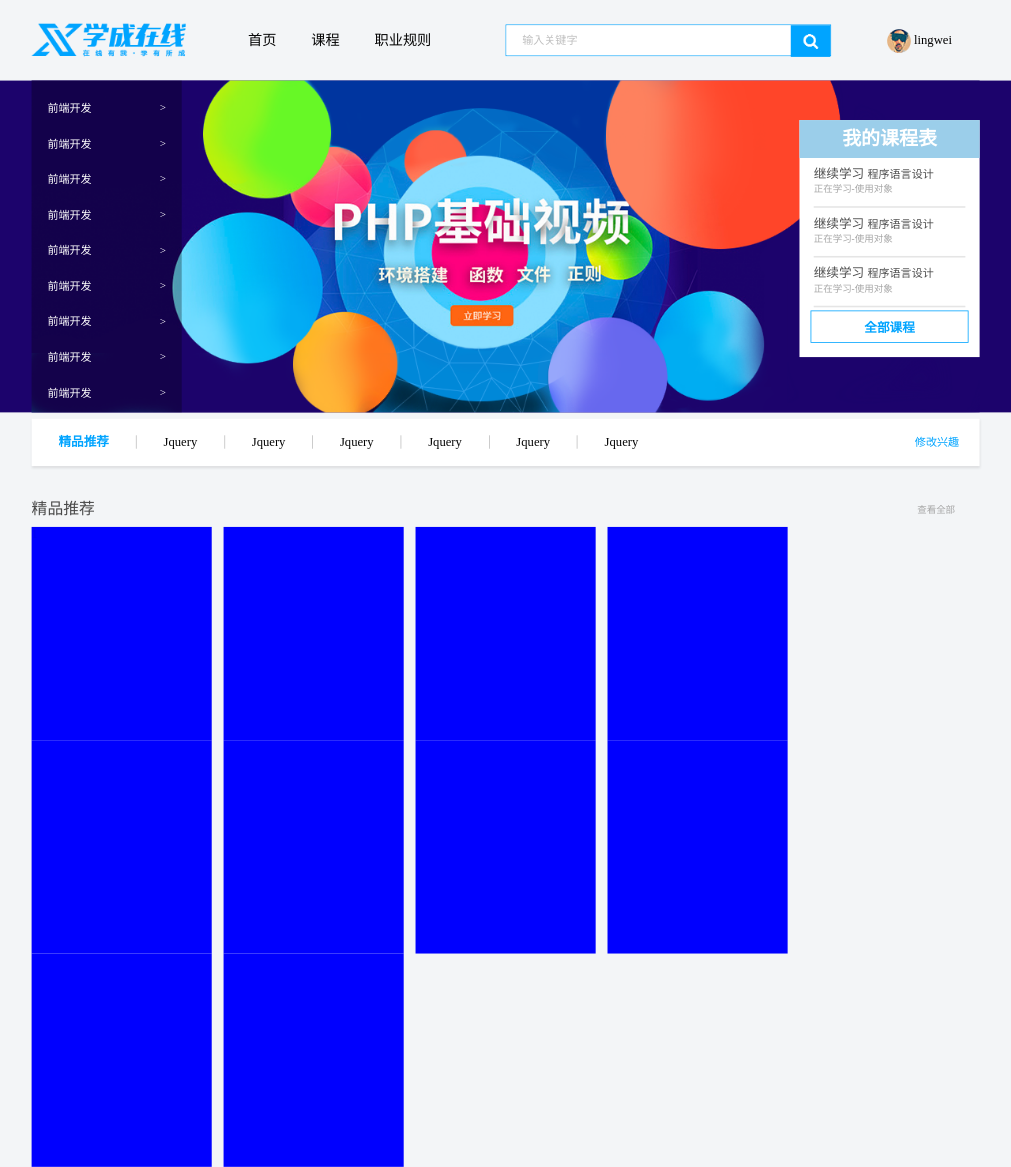
Repository: DengBiHua/xcdx
Page: index.html
These files come from the project's save history. The page is drawn as it stood at one moment and after the next save; the edit follows.
The browser window is 1280 px wide. The pictures show the whole page, at 79% of full size.

Above is the page before, as saved 2022-04-15 10:21:55.

### index.html
<!DOCTYPE html>
<html lang="en">
<head>
    <meta charset="UTF-8">
    <meta http-equiv="X-UA-Compatible" content="IE=edge">
    <meta name="viewport" content="width=device-width, initial-scale=1.0">
    <title>学成在线</title>
    <link rel="stylesheet" href="css/index.css">
</head>
<body>
    <!-- 头部 -->
    <div class="header wrapper">
        <h1>
            <a href="#">
                <img src="images/logo.png" alt="">
            </a>
        </h1>
        <!-- 导航 -->
        <div class="nav">
            <ul>
                <li><a href="#">首页</a></li>
                <li><a href="#">课程</a></li>
                <li><a href="#">职业规则</a></li>
            </ul>
        </div>
        <!-- 搜索 -->
        <div class="search">
            <input type="text" placeholder="输入关键字">
            <button></button>
        </div>
        <!-- 用户 -->
        <div class="user">
            <img src="./images/user.png" alt="">
            <span>lingwei</span>
        </div>
    </div>
    <div class="banner">
        <div class="wrapper">
            <div class="left">
                <ul>
                    <li><a href="#">前端开发<span>></span></a></li>
                    <li><a href="#">前端开发<span>></span></a></li>
                    <li><a href="#">前端开发<span>></span></a></li>
                    <li><a href="#">前端开发<span>></span></a></li>
                    <li><a href="#">前端开发<span>></span></a></li>
                    <li><a href="#">前端开发<span>></span></a></li>
                    <li><a href="#">前端开发<span>></span></a></li>
                    <li><a href="#">前端开发<span>></span></a></li>
                    <li><a href="#">前端开发<span>></span></a></li>
                </ul>
            </div>
            <div class="right">
                <h2>我的课程表</h2>
                <div class="content">
                    <dl>
                        <dt>
                            <span class="titleLeft">继续学习</span>
                            <span class="titleRight">程序语言设计</span>
                        </dt>
                        <dd>正在学习-使用对象</dd>
                    </dl>
                    <dl>
                        <dt>
                            <span class="titleLeft">继续学习</span>
                            <span class="titleRight">程序语言设计</span>
                        </dt>
                        <dd>正在学习-使用对象</dd>
                    </dl>
                    <dl>
                        <dt>
                            <span class="titleLeft">继续学习</span>
                            <span class="titleRight">程序语言设计</span>
                        </dt>
                        <dd>正在学习-使用对象</dd>
                    </dl>
                </div>
                <a href="#" class="all">全部课程</a>
            </div>
        </div>
    </div>
    <!-- 精品推荐 -->
    <div class="recommend wrapper">
        <h2>精品推荐</h2>
        <ul>
            <li><a href="#">Jquery</a></li>
            <li><a href="#">Jquery</a></li>
            <li><a href="#">Jquery</a></li>
            <li><a href="#">Jquery</a></li>
            <li><a href="#">Jquery</a></li>
            <li><a href="#">Jquery</a></li>
        </ul>
        <a href="#" class="interest">修改兴趣</a>
    </div>
    <div class="recommendDetail wrapper">
        <div class="title">
            <h2>精品推荐</h2>
            <a href="#">查看全部</a>
        </div>
        <div class="content">
            <ul>
                <li><a href="#">1</a></li>
                <li><a href="#"></a></li>
                <li><a href="#"></a></li>
                <li><a href="#"></a></li>
                <li><a href="#"></a></li>
                <li><a href="#"></a></li>
                <li><a href="#"></a></li>
                <li><a href="#"></a></li>
                <li><a href="#"></a></li>
                <li><a href="#"></a></li>
            </ul>
        </div>
    </div>
</body>
</html>

### css/index.css
/* css代码顺序
1、浮动/display
2、盒子模型
3、文字样式
 */

/* 通用模版 */
* {
    margin: 0;
    padding: 0;
    /* 内减模式 */
    box-sizing: border-box;
}
li {
    /* 清除列表前方小圆点 */
    list-style-type: none;
}
a {
    /* 去除超链接文字的下划线 */
    text-decoration: none;
}
.clearfix::before,.clearfix::after {
    content: "";
    display: table;
}
.clearfix::after {
    clear: both;
}

/* 版心 */
.wrapper {
    width: 1200px;
    margin: 0 auto;
}

body {
    background-color: #f3f5f7;
}

/* 头部 */
.header {
    height: 42px;
    margin: 30px auto;
}

h1 {
    float: left;
}

/* 导航 */
.nav {
    float: left;

    height: 42px;
    margin-left: 70px;
}

.nav li {
    float: left;

    margin-right: 26px;
}

.nav li a {
    display: block;

    padding: 0 9px;
    height: 42px;
    line-height: 42px;

    font-size: 18px;
    color: #050505;
}

.nav li a:hover {
    border-bottom: 2px solid #00a4ff;
}

.search {
    float: left;
    margin-left: 59px;
    margin-top: 1px;
    width: 412px;
    height: 40px;
    border: 1px solid #00a4ff;
}

.search input {
    float: left;
    padding-left: 20px;
    width: 360px;
    height: 38px;
    border: 0;
}

.search input::placeholder {
    font-size: 14px;
    color: #bfbfbf;
}

.search button {
    float: left;
    width: 50px;
    height: 40px;
    background-image: url(../images/btn.png);
    border: 0;
}

.user {
    float: right;
    margin-right: 35px;
    height: 42px;
    line-height: 42px;
}

.user img {
    /* 调节图片垂直方向对齐方式 */
    vertical-align: middle;
}

.banner {
    height: 420px;
    background-color: #1c036c;
}

.banner .wrapper {
    height: 420px;
    background-image: url(../images/banner2.png);
}

.banner .left {
    float: left;
    padding: 0 20px;
    width: 190px;
    height: 420px;
    background-color: rgba(0, 0, 0, 0.3);
    line-height: 44px;
}

.banner ul {
    margin-top: 13px;
}

.banner a {
    font-size: 14px;
    color: #ffffff;
}

.banner a:hover {
    color: #00b4ff;
}

.banner .left span {
    float: right;
}

.banner .right {
    float: right;
    margin-top: 50px;
    width: 228px;
    height: 300px;
    background-color: #ffffff;
}

.banner .right h2 {
    height: 48px;
    background-color: #9bceea;
    font: 18px;
    color: #ffffff;
    text-align: center;
    line-height: 48px;
}

.banner .content {
    padding: 0 18px;
}

.banner .right dl {
    padding: 12px 0;
    border-bottom: 2px solid #e5e5e5;
}

.banner .right .content dt {
    color: #4e4e4e;
    line-height: 16px;
}

.banner .right .titleLeft {
    font-size: 16px;
}

.banner .right .titleRight {
    font-size: 14px;
}

.banner .right .content dd {
    color: #a5a5a5;
    font-size: 12px;
    line-height: 20px;
}

.banner .right .all {
    display: block;
    margin: 4px auto 0;
    width: 200px;
    height: 41px;
    border: 1px solid #00a4ff;
    font-weight: 700;
    font-size: 16px;
    color: #00a4ff;
    text-align: center;
    line-height: 41px;
}

.recommend {
    margin-top: 8px;
    height: 60px;
    background-color: #ffffff;
    box-shadow: 0px 2px 3px 0px rgba(118, 118, 118, 0.2);
    line-height: 60px;
}

.recommend h2 {
    float: left;
    width: 132px;
    text-align: center;
    font-size: 16px;
    font-weight: bold;
    color: #00a4ff;
}

.recommend ul {
    float: left;
}

.recommend ul li {
    float: left;
}

.recommend ul li a {
    padding: 0 34px;
    border-left: 1px solid #bfbfbf;
    font-size: 16px;
    color: #050505;
}

.recommend .interest {
    float: right;
    padding: 0 26px;
    font-size: 14px;
    color: #00a4ff;
}

.recommendDetail {
    margin-top: 37px;
}

.recommendDetail .title {
    height: 40px;
}

.recommendDetail .title h2 {
    float: left;
    font-size: 20px;
    color: #494949;
    font-weight: 400;
}

.recommendDetail .title a {
    float: right;
    padding: 8px 31px 0;
    font-size: 12px;
    color: #a5a5a5;
}

.recommendDetail .content {
    background-color: pink;
}

.recommendDetail .content li {
    float: left;
    margin-right: 15px;
}

.recommendDetail .content a {
    display: block;
    width: 228px;
    height: 270px;
    background-color: blue;
}

After the next save:
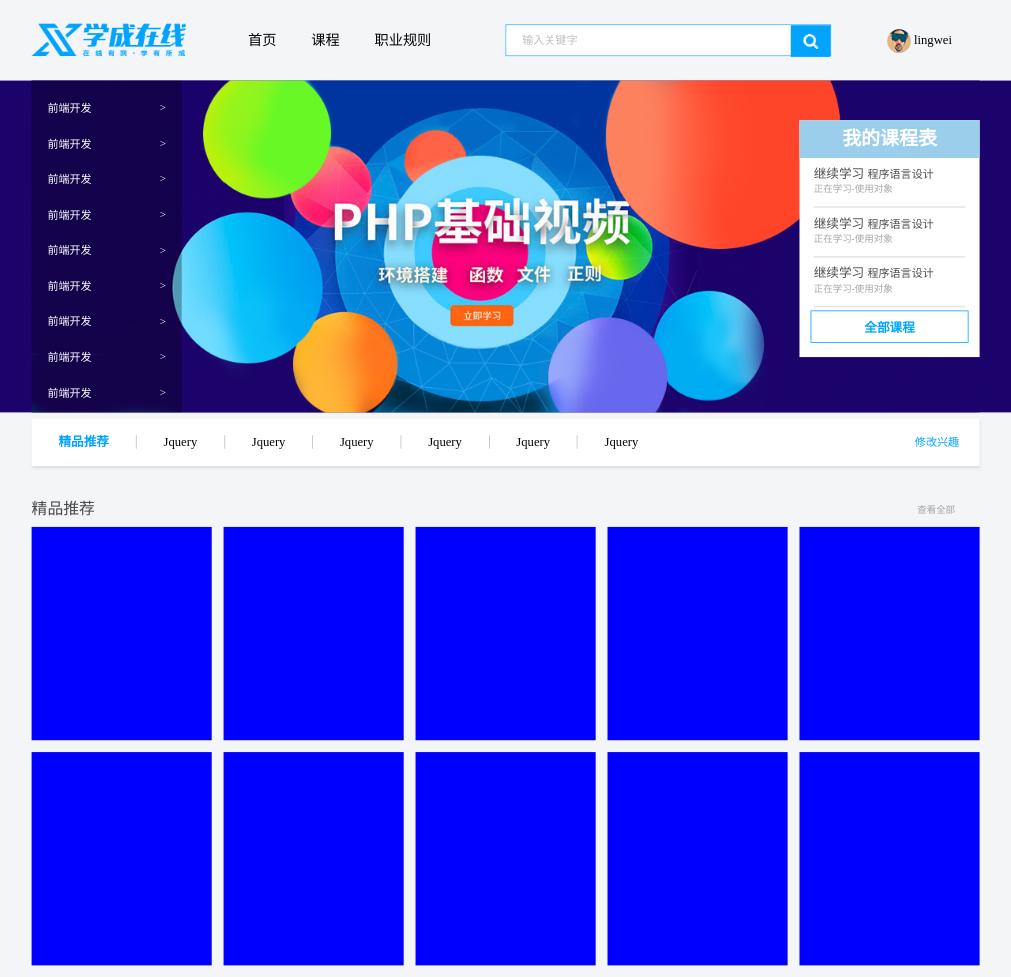
Saved 53 s later.
--- a/css/index.css
+++ b/css/index.css
@@ -280,6 +280,11 @@
 .recommendDetail .content li {
     float: left;
     margin-right: 15px;
+    margin-bottom: 15px;
+}
+
+.recommendDetail .content li:nth-child(5n) {
+    margin-right: 0px;
 }
 
 .recommendDetail .content a {
